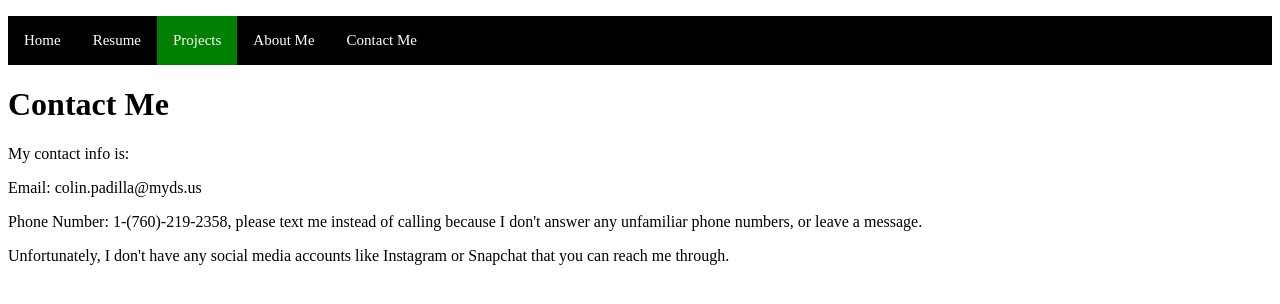
Repository: Coli-Pixel/Coli-Pixel.github.io
Page: contact-me.html
The author's editor kept a record of every edit. The page is drawn from the files as they stood at one moment, then again after the next edit.
The browser window is 1280 px wide. The pictures show the whole page.

Above is the page before.

After the next edit:
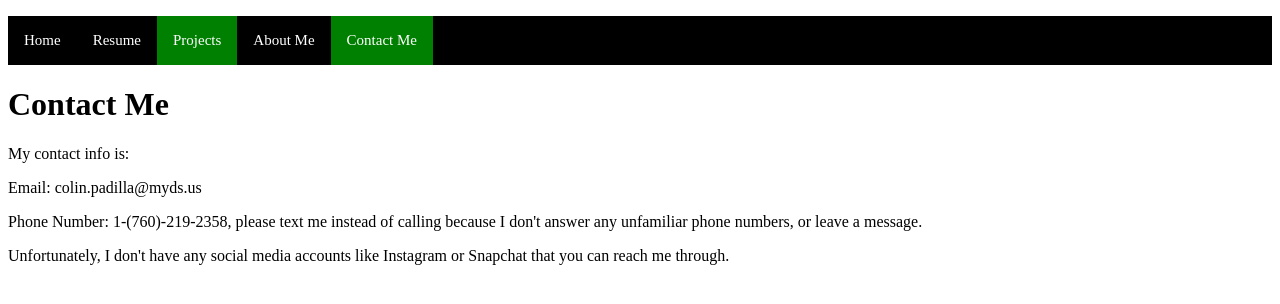
The edit:
--- a/contact-me.html
+++ b/contact-me.html
@@ -17,7 +17,7 @@
                 </ul>
             </li>
             <li><a href="/about-me.html">About Me</a></li>
-            <li><a href="/contact-me.html">Contact Me</a></li>
+            <li class="active"><a href="/contact-me.html">Contact Me</a></li>
         </ul>
         <h1>Contact Me</h1>
         <p>My contact info is:</p>
